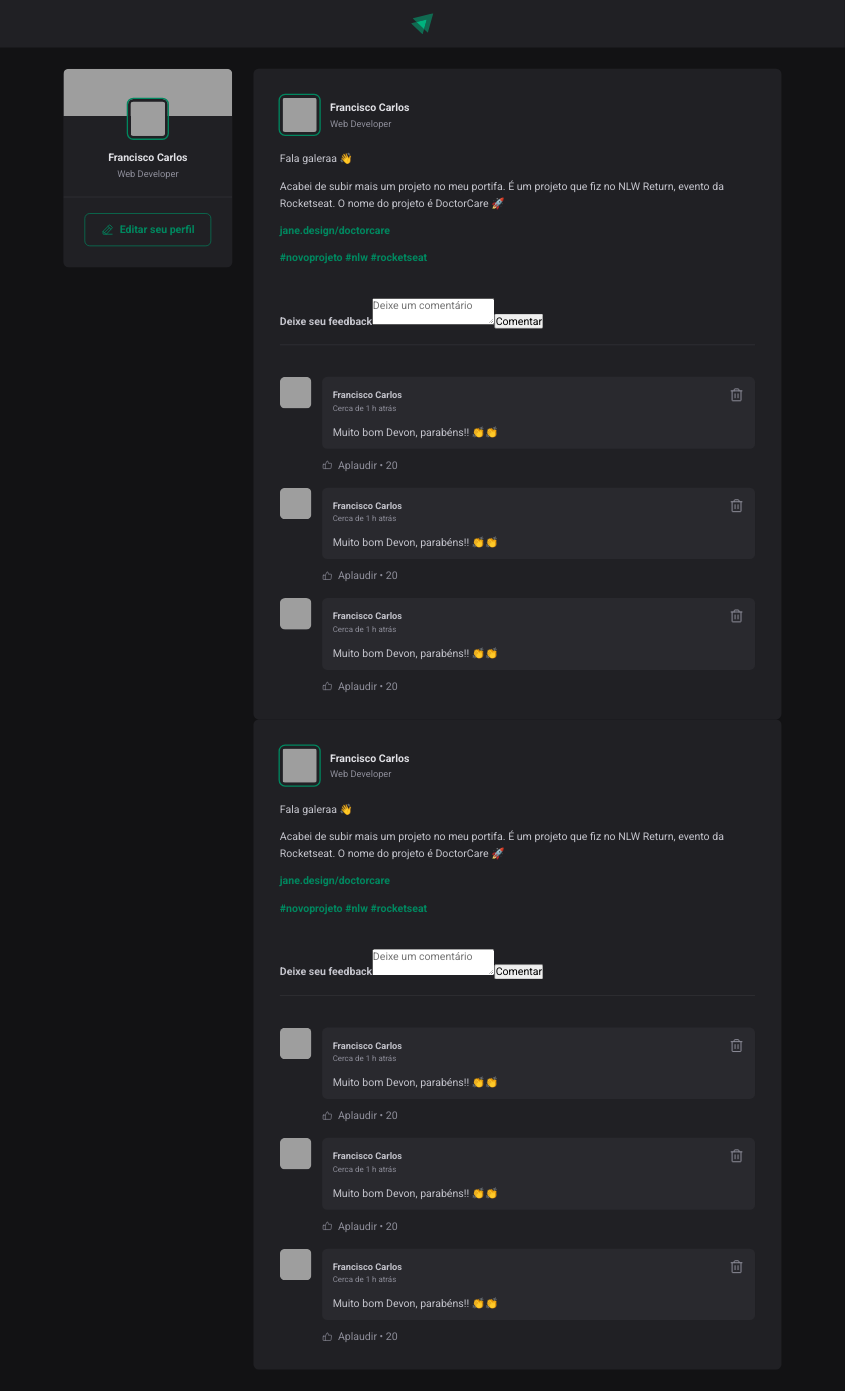
Repository: ch1coon/AulasRocketseat
Page: / (app in Ignite/aulas/01-fundamentos-reactjs/)
An editor plug-in stored every save of this project. The page is shown before and after the next save, followed by the edit.
The browser window is 1280 px wide. The pictures show the whole page, at 66% of full size.
Pictures or frames that could not be fetched are drawn as grey boxes. The project was rebuilt for these pictures with package versions that can differ from the ones it lists, and the page was loaded fresh each time. Also part of the build but not shown: Ignite/aulas/01-fundamentos-reactjs/vite.config.js.

Above is the page before, as saved 2023-08-12 08:52:53.

After the next save:
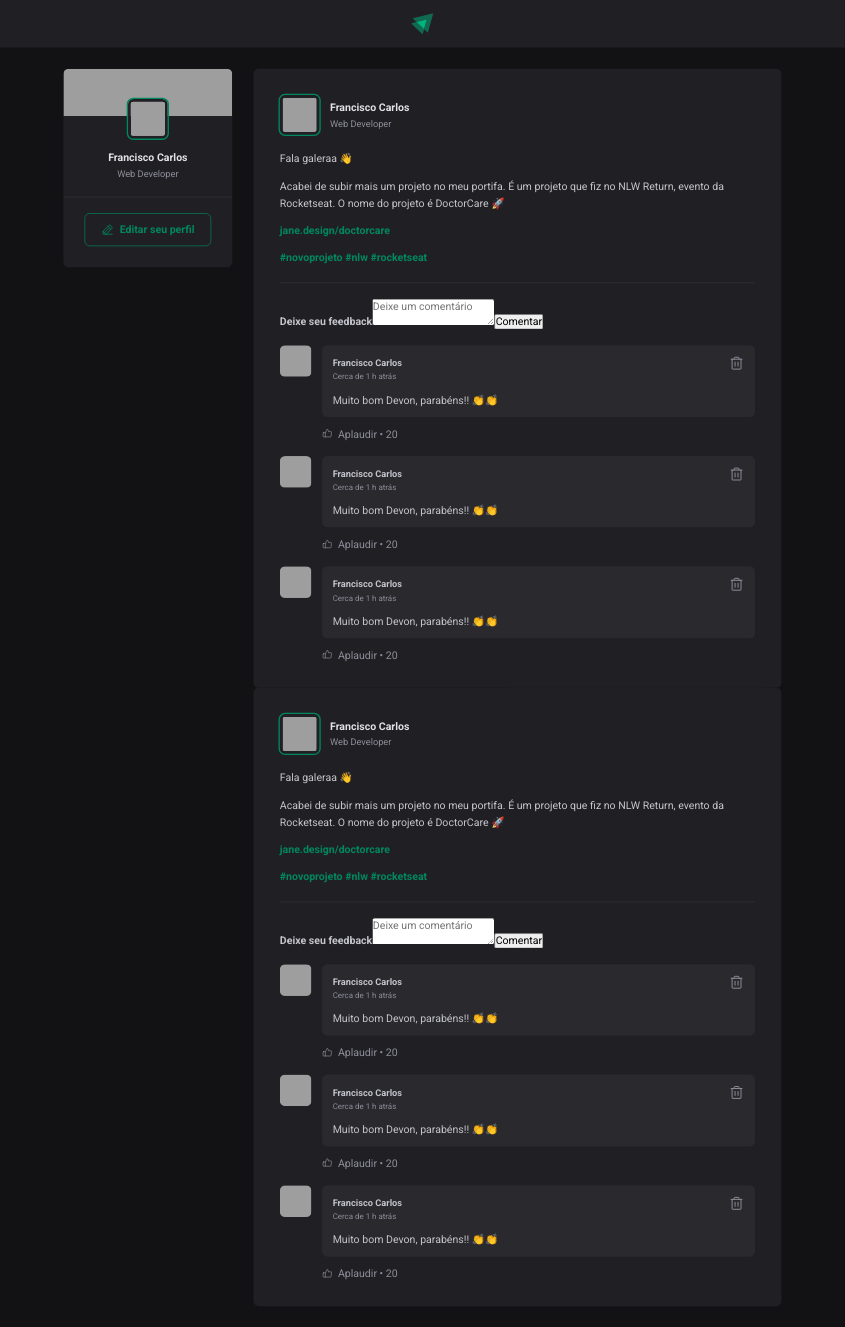
Saved 105 s later.
--- a/Ignite/aulas/01-fundamentos-reactjs/src/components/Post.module.css
+++ b/Ignite/aulas/01-fundamentos-reactjs/src/components/Post.module.css
@@ -70,12 +70,5 @@
   width: 100%;
   margin-top: 1.5rem;
   padding-top: 1.5rem;
-  border-top: 1.5rem;
-}
-
-.commentList {
-  width: 100%;
-  margin-top: 1.5rem;
-  padding-top: 1.5rem;
   border-top: 1px solid var(--gray-600);
 }
